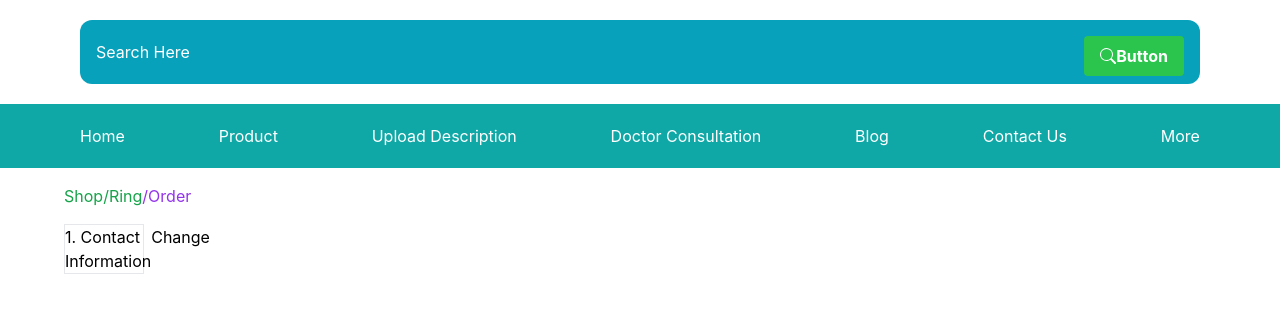
Repository: arafatmollah/form-pharma
Page: /
An editor plug-in stored every save of this project. The page is shown before and after the next save, followed by the edit.
The browser window is 1280 px wide. The pictures show the whole page.
The project was rebuilt for these pictures with package versions that can differ from the ones it lists, and the page was loaded fresh each time.

Above is the page before, as saved 2023-03-14 23:40:24.

### src/index.js


import React from 'react';
import ReactDOM from 'react-dom/client';
import './index.css';
import App from './App';
import reportWebVitals from './reportWebVitals';

const root = ReactDOM.createRoot(document.getElementById('root'));
root.render(
  <React.StrictMode>
    <App />
  </React.StrictMode>
);

// If you want to start measuring performance in your app, pass a function
// to log results (for example: reportWebVitals(console.log))
// or send to an analytics endpoint. Learn more: https://bit.ly/CRA-vitals
reportWebVitals();

### src/App.js

import './App.css';
import Nav from './Nav';
import Form from './Form';

function App() {
  return (
    <div className="App">
     <Nav></Nav>
     <Form></Form>
    </div>
  );
}

export default App;

### src/App.css
.box-border{
  background-color: #08A1BC;
}
.btn {
  @apply font-bold py-2 px-4 rounded;
  background-color: #2BC44C;
  color: white;
}
.btn-blue {
  @apply bg-blue-500 text-white;
}
.btn-blue:hover {
  @apply bg-blue-700;
}
.nav{
  background-color: #0FA8A6;
}

### src/Nav.js
import React from 'react'
import './App.css';
import { BsSearch } from 'react-icons/bs';

function Nav() {
  return (
    <div>
        <div className='box-border h-16 w-100 p-4 mx-20 my-5 rounded-xl'>
          <div className='flex justify-between align-middle'>
                <p className='text-white mt-1'>Search Here</p>
                <button className="btn mb-1 py-2 flex items-center justify-between"><BsSearch></BsSearch> Button</button>
          </div>
        </div>
        <div className='box-border h-16 w-100 nav'>
            <div className='flex mx-20 items-center justify-between text-white'>
            <div className='mt-5'>Home</div>
            <div className='mt-5'> Product</div>
            <div className='mt-5'>Upload Description</div>
            <div className='mt-5'>Doctor Consultation</div>
            <div className='mt-5'>Blog</div>
            <div className='mt-5'>Contact Us</div>
            <div className='mt-5'>More</div>
            </div>
        </div>
    </div>
  )
}

export default Nav

### src/Form.js
import React from 'react'

function form() {
  return (
    <div>
        <div className='mx-16'>
            <div className='flex my-4'>
                <p className='text-green-600'>Shop</p>
                <p className='text-green-600'> /Ring</p>
                <p className='text-purple-600'>/Order</p>
            </div>
            <div className='border w-20 flex justify-between'>
              <p>1. Contact Information</p>
              <p>Change </p>
            </div>
        </div>
    </div>
  )
}

export default form

Loaded but not shown: public/index.html (common file); src/index.css (common file); src/reportWebVitals.js (common file); tailwind.config.js (common file)

After the next save:
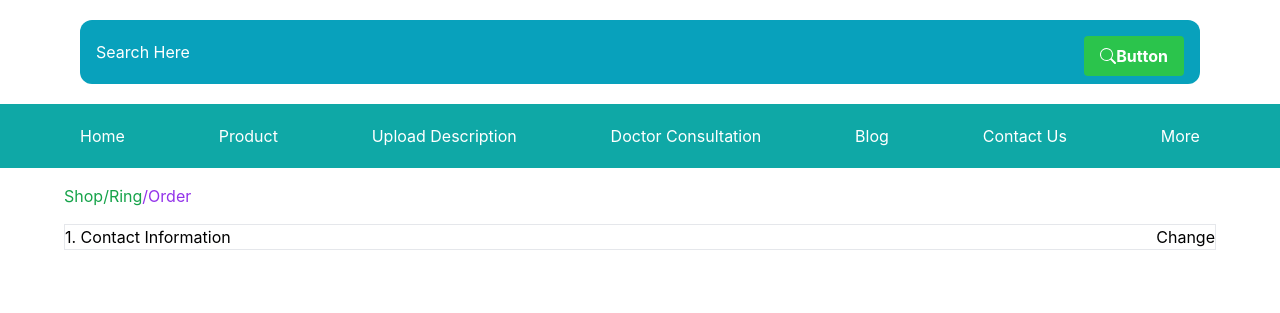
Saved 16 s later.
--- a/src/Form.js
+++ b/src/Form.js
@@ -9,7 +9,7 @@ function form() {
                 <p className='text-green-600'> /Ring</p>
                 <p className='text-purple-600'>/Order</p>
             </div>
-            <div className='border w-20 flex justify-between'>
+            <div className='border w-100 flex justify-between'>
               <p>1. Contact Information</p>
               <p>Change </p>
             </div>
